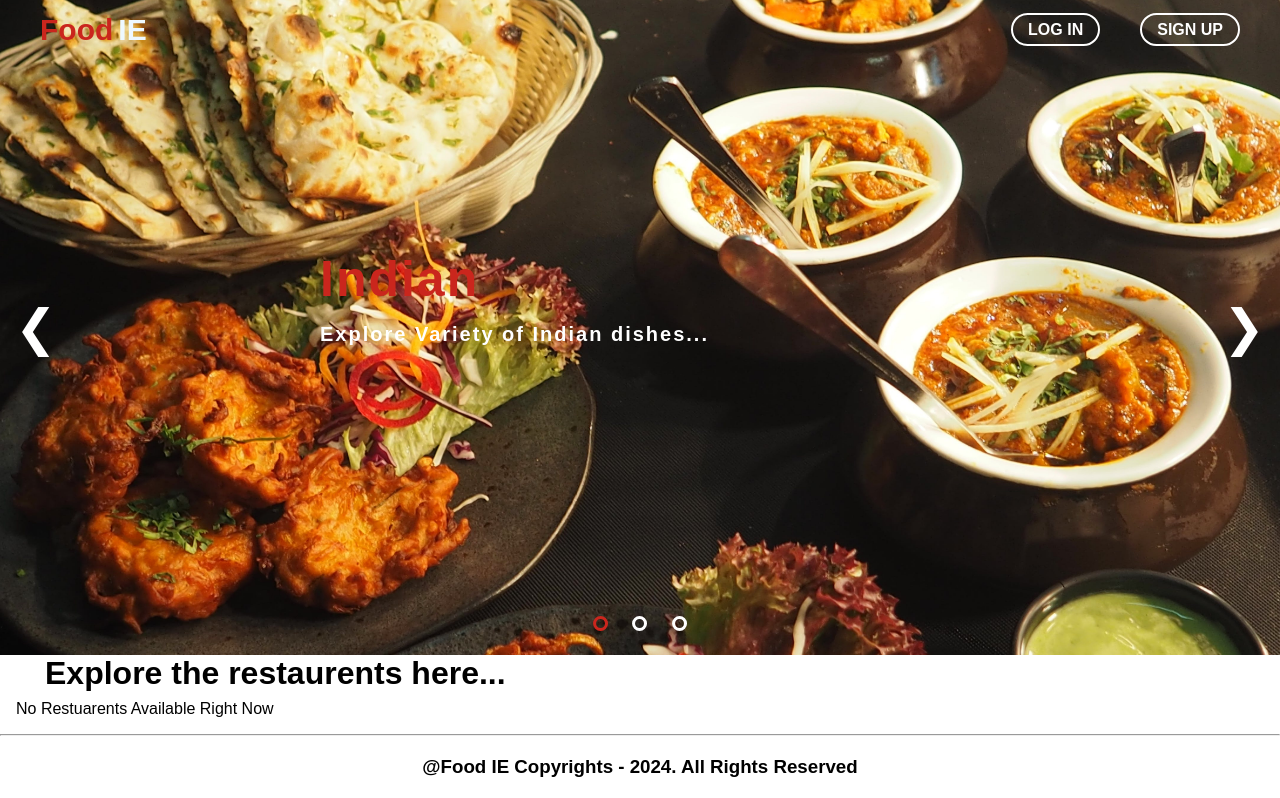
Repository: SWATHIBHUMA/FoodDelivaryApp
Page: http://localhost/FoodDelivaryApp/
An editor plug-in stored every save of this project. The page is shown before and after the next save, followed by the edit.
The browser window is 1280 px wide. The pictures show the whole page.
The page is served by Tomcat 9. The template is opened directly, without the code that normally fills it, so the values that code supplies are empty.

Above is the page before, as saved 2024-01-17 12:38:53.

After the next save:
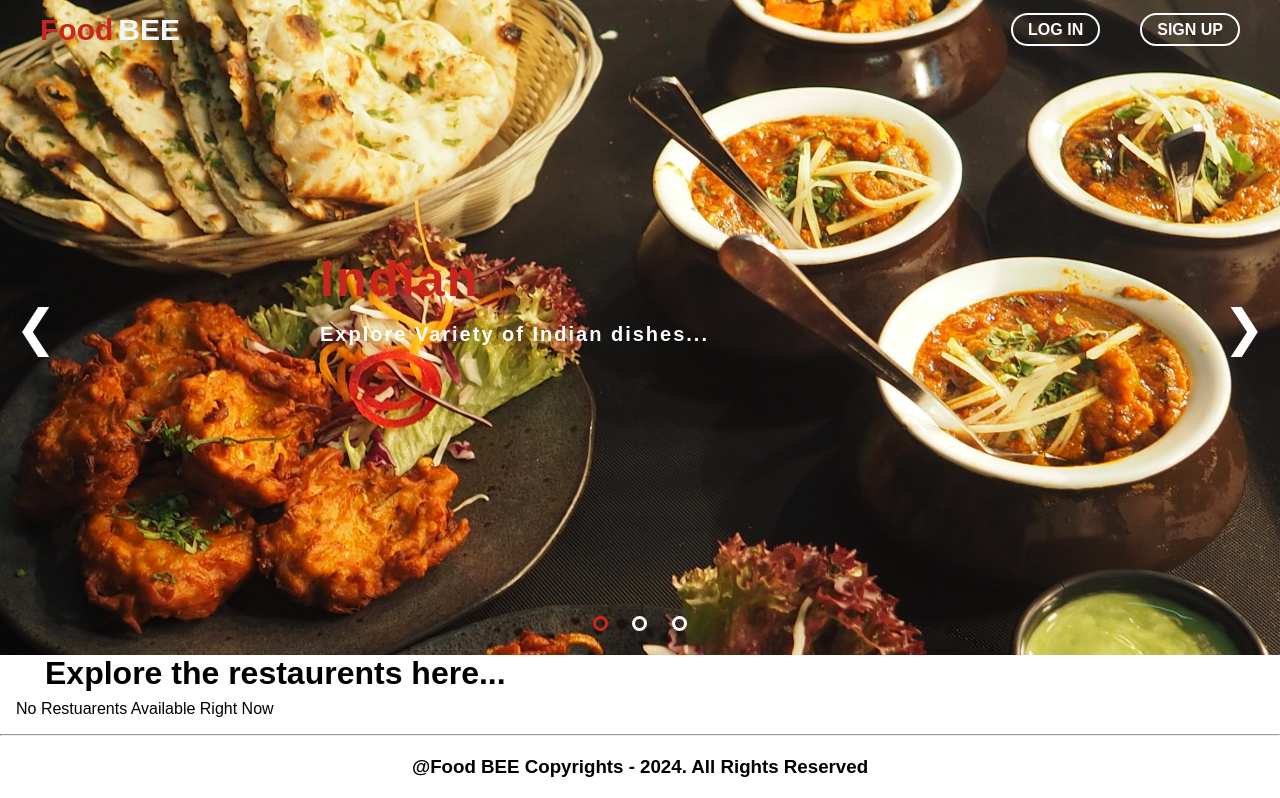
Saved 10 min 17 s later.
--- a/FoodDelivaryApp/src/main/webapp/Restaurents.jsp
+++ b/FoodDelivaryApp/src/main/webapp/Restaurents.jsp
@@ -12,7 +12,7 @@
 </head>
 <body>
 	<header>
-    		<div id="logo">Food<span id="logo-s">IE</span></div>
+    		<div id="logo">Food<span id="logo-s">BEE</span></div>
             <% String username = (String) session.getAttribute("username"); %>
             <% if (!(username==null) && !username.isEmpty()) { %>
                <div id="logo-1">Welcome
@@ -90,7 +90,7 @@
 	<script src="JS/restaurent.js"></script>
 	<footer>
 		<hr>
-		<h3 id="footer">@Food IE Copyrights - 2024. All Rights Reserved</h3>
+		<h3 id="footer">@Food BEE Copyrights - 2024. All Rights Reserved</h3>
 	</footer>
 </body>
 </html>
